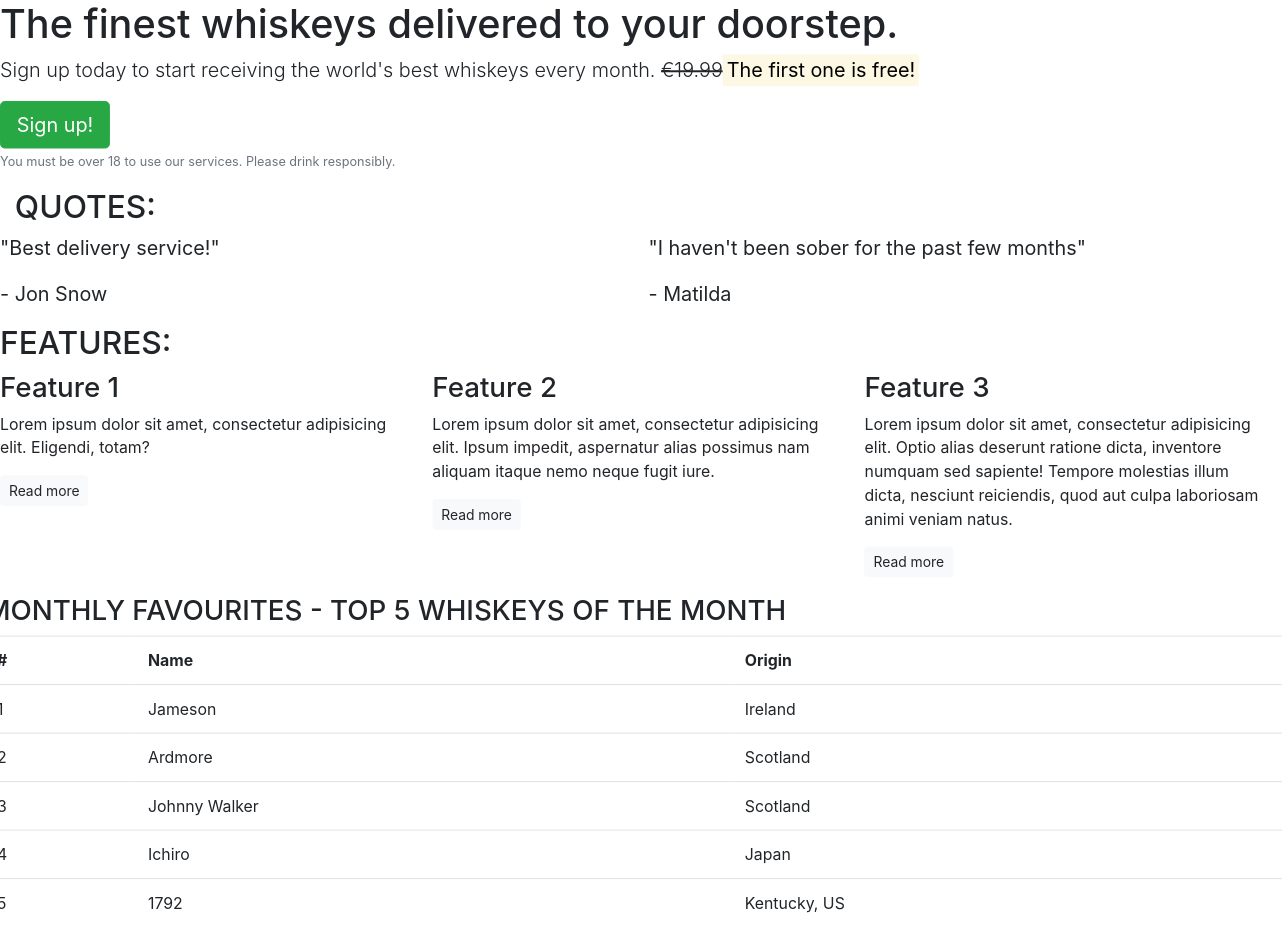
Repository: mkuti/Whiskey_website_using_Bootstrap
Page: index.html
The author's editor kept a record of every edit. The page is drawn from the files as they stood at one moment, then again after the next edit.
The browser window is 1280 px wide. The page is 1295 px wide, so the pictures cover 1295 px, including what lies to the right of the window. The pictures show the whole page, at 99% of full size.

Above is the page before.

After the next edit:
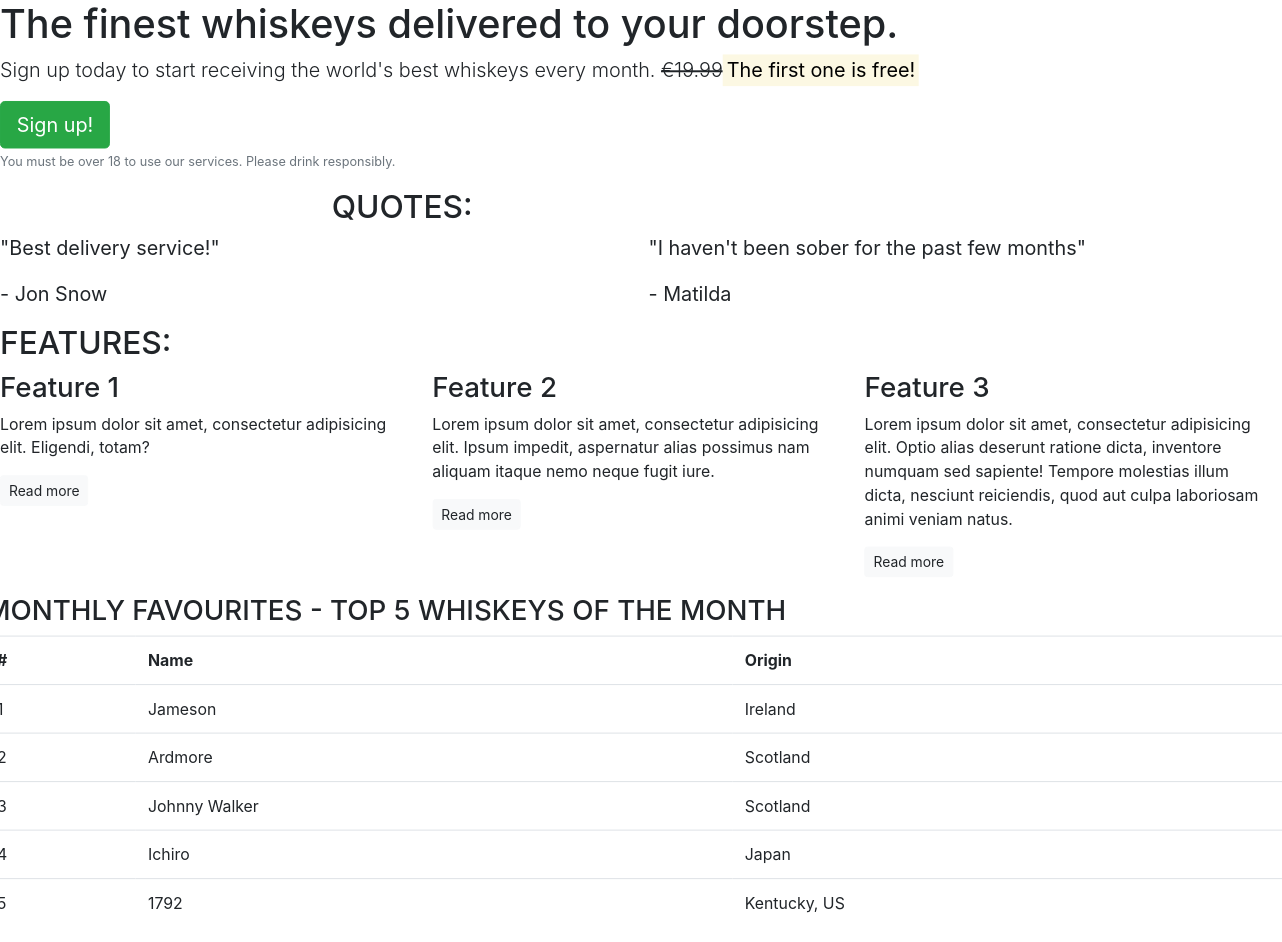
The edit:
--- a/index.html
+++ b/index.html
@@ -27,7 +27,7 @@
 
         <!-- Quotes -->
         <section class="quotes">
-            <div class="col-12">
+            <div class="col-6 offset-3">
                 <h2 class="text-uppercase">Quotes:</h2>
             </div>
             <div class="row">
